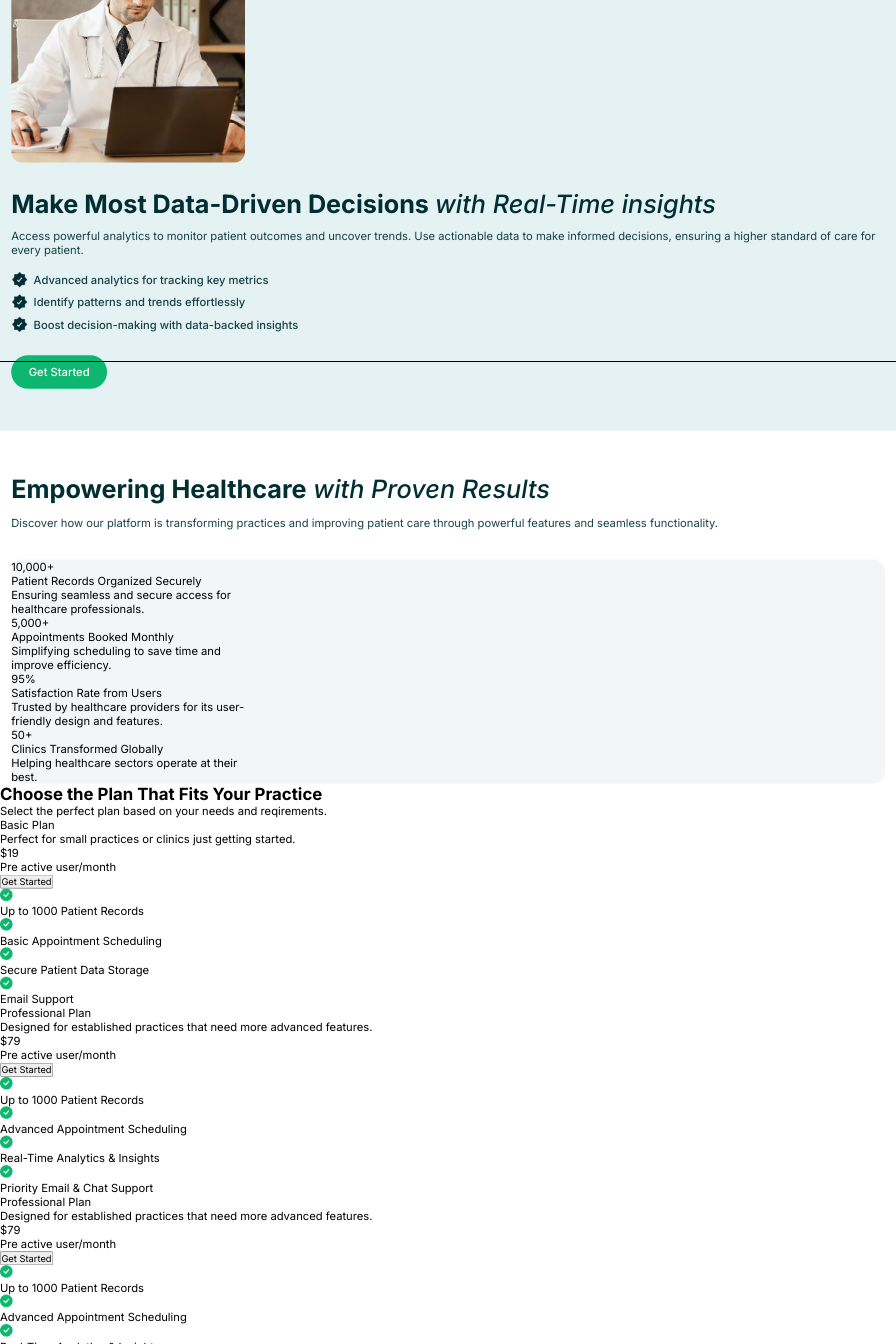
Repository: DiegoWWeege/recuperacao-prova-front-end
Page: index.html
An editor plug-in stored every save of this project. The page is shown before and after the next save, followed by the edit.
The browser window is 1280 px wide. The pictures show the part of the page from y = 2388 to 4308 px (the page is 4364 px tall), at 70% of full size.

Above is the page before, as saved 2026-06-22 19:09:38.

After the next save:
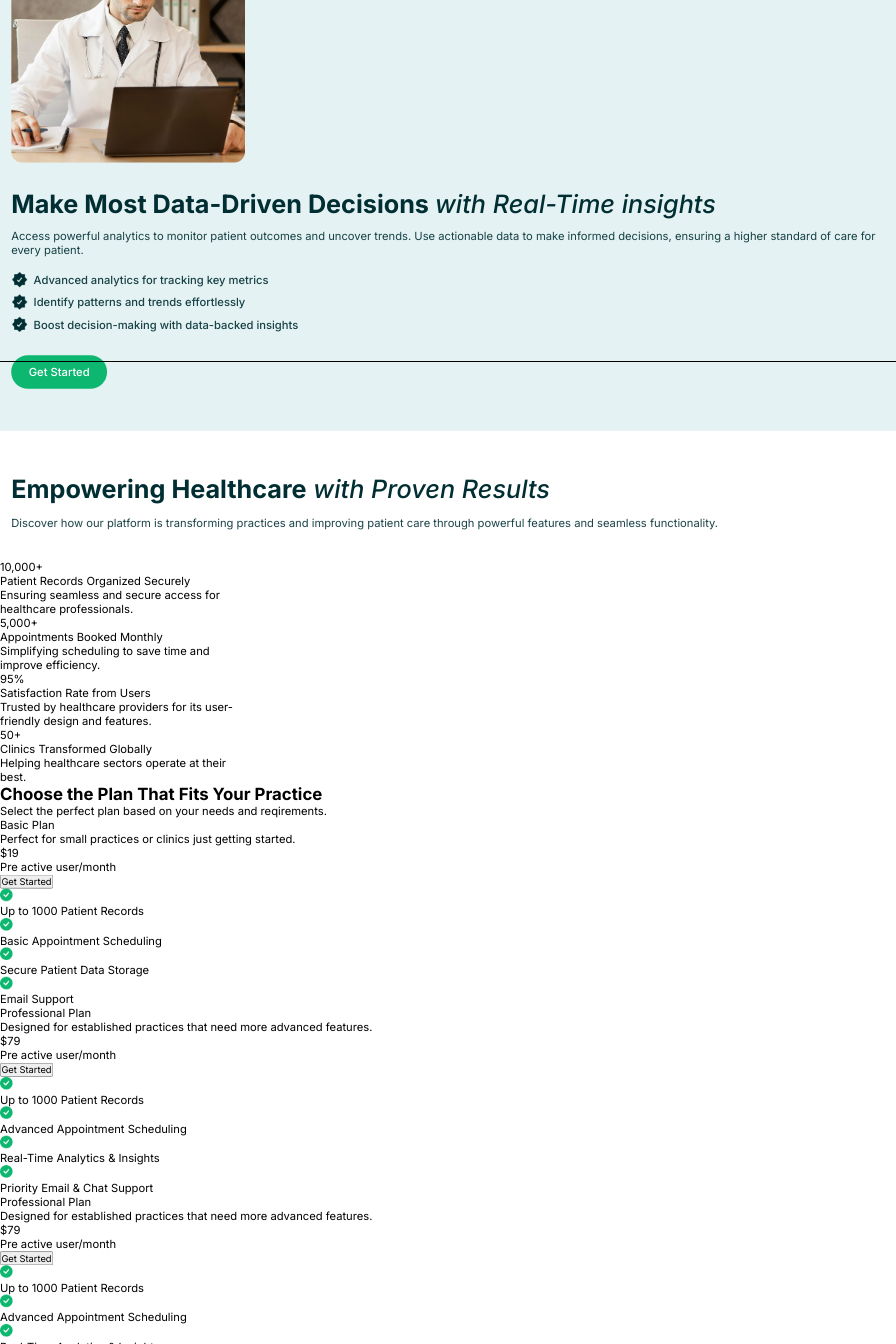
Saved 1 s later.
--- a/style.css
+++ b/style.css
@@ -201,10 +201,7 @@ header section{
 .section-empowering-healthcare .boxes-grid{
     display: grid;
     grid-template-columns: 21.438rem;
-    background-color: #F3F5F7;
-    border-radius: 16px;
-    margin-left: 1rem;
-    margin-right: 1rem;
+}
 
 .boxes-grid .first-box{
     margin-left: 0.75rem;
